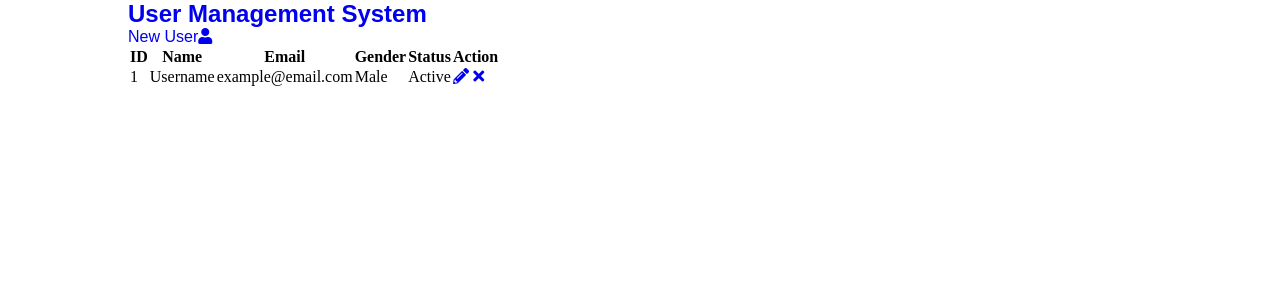
Repository: neeteshraj/CRUD
Page: views/index.html
The author's editor kept a copy of each file at every save. The page is drawn from the files as they stood at one save, then again after the next save.
The browser window is 1280 px wide. The pictures show the whole page.
Some web fonts or font styles are not loaded; a fallback is used.

Above is the page before, as saved 2021-01-08 18:55:21.

After the next save:
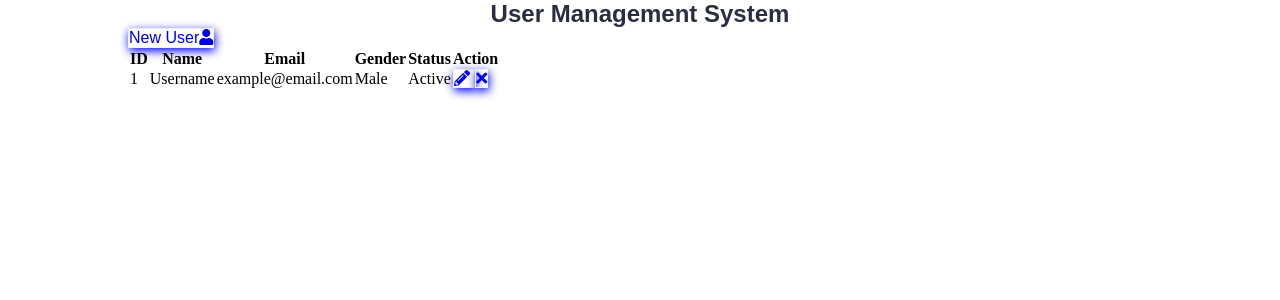
Saved 3 min 5 s later.
--- a/assets/css/style.css
+++ b/assets/css/style.css
@@ -35,3 +35,16 @@ a {
 .justify-between {
     justify-content: space-between;
 }
+
+.text-center {
+    text-align: center;
+}
+
+.border-shadow {
+    border: 1px solid var(--border-btn);
+    box-shadow: 1px 3px 10px;
+}
+
+.text-dark {
+    color: var(--dark);
+}
